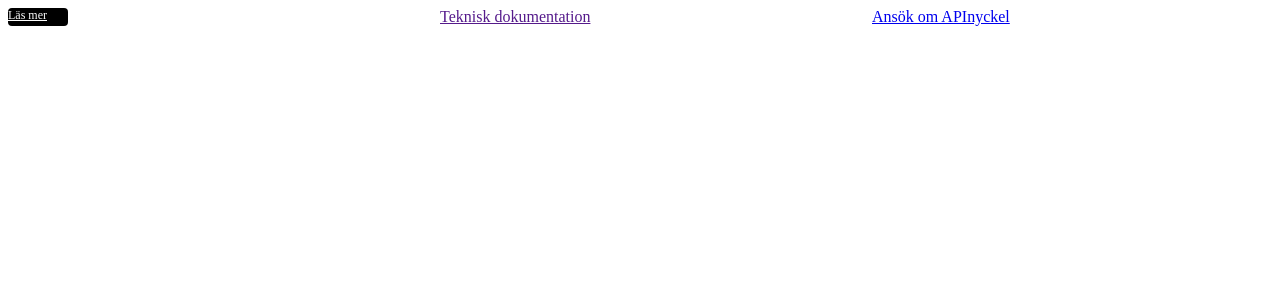
Repository: rudasn/docsy-cms-netlify
Page: layouts/partials/link.html
The author's editor kept a copy of each file at every save. The page is drawn from the files as they stood at one save, then again after the next save.
The browser window is 1280 px wide. The pictures show the whole page.

Above is the page before, as saved 2021-05-11 12:45:40.

After the next save:
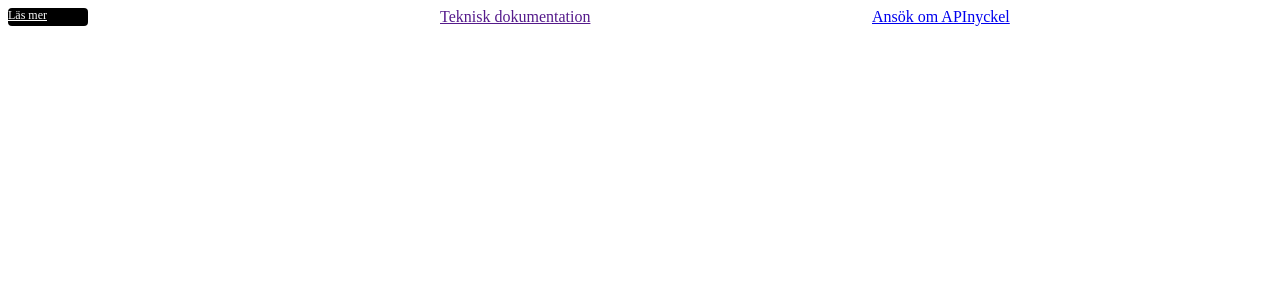
Saved 6 s later.
--- a/layouts/partials/link.html
+++ b/layouts/partials/link.html
@@ -4,7 +4,7 @@
 background-color: black;
 border-radius: 4px;
 text-align: start;
-max-width: 15%;
+max-width: 20%;
 max-height: auto;
 
 font-size: 12px;
